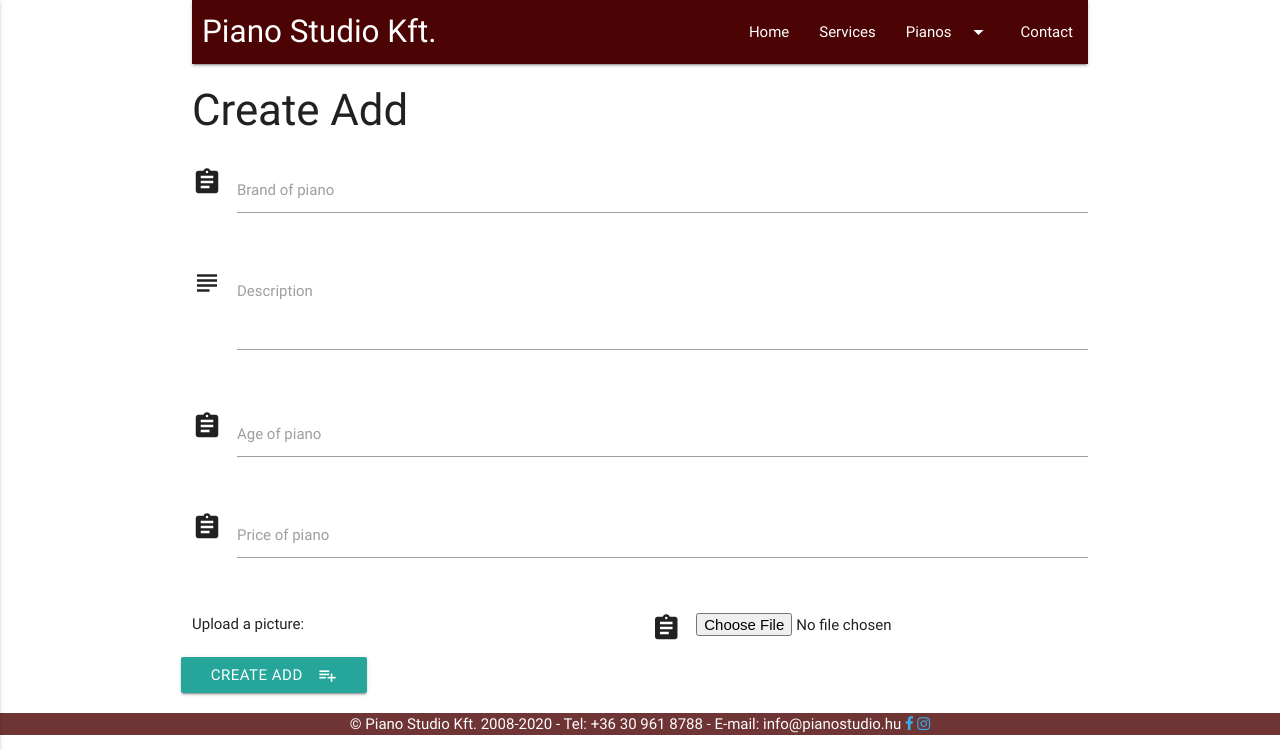
Repository: badiattila/pianostudioheroku
Page: http://localhost/createadd
The author's editor kept a record of every edit. The page is drawn from the files as they stood at one moment, then again after the next edit.
The browser window is 1280 px wide. The pictures show the whole page.
Some web libraries are served in a nearby version. The page is served by the project's application, run on Flask 3 (app.py).

Above is the page before.

### templates/create_add.html
{% extends 'base.html' %} {% block content %}

<h3>Create Add</h3>

<form action="{{ url_for('insert_add') }}" method="POST" class="col s12">

    <div class="row">
        <div class="input-field col s12">
            <i class="material-icons prefix">assignment</i>
            <input id="brand" name="brand" type="text" class="validate">
            <label for="brand">Brand of piano</label>
        </div>
    </div>

    <div class="row">
        <div class="input-field col s12">
            <i class="material-icons prefix">subject</i>
            <textarea id="description" name="description" class="materialize-textarea"></textarea>
            <label for="icon_telephone">Description</label>
        </div>
    </div>

    <div class="row">
        <div class="input-field col s12">
            <i class="material-icons prefix">assignment</i>
            <input id="age" name="age" type="text" class="validate">
            <label for="age">Age of piano</label>
        </div>
    </div>

    <div class="row">
        <div class="input-field col s12">
            <i class="material-icons prefix">assignment</i>
            <input id="price" name="brand" type="text" class="validate">
            <label for="price">Price of piano</label>
        </div>
    </div>

    <div class="row">
        <div class="input-field col s6">
            Upload a picture:
        </div>
        <div class="input-field col s6">
            <i class="material-icons prefix">assignment</i>
            <input id="picture" name="picture" type="file" class="validate">
            <label for="picture"></label>
        </div>
    </div>

    <div class="row">
        <button class="btn waves-effect waves-light" type="submit" name="action">Create Add
            <i class="material-icons right">playlist_add</i></button>
    </div>


</form>
</div>

{% endblock %}

### templates/base.html
<!DOCTYPE html>

<html lang="en">

<head>

    <!-- Meta tags -->
    <meta charset="utf-8">
    <!-- Font awsome -->
    <link rel="stylesheet" href="https://maxcdn.bootstrapcdn.com/font-awesome/4.7.0/css/font-awesome.min.css" type="text/css" />
    <!-- Hover -->
    <link rel="stylesheet" href="https://cdnjs.cloudflare.com/ajax/libs/hover.css/2.1.1/css/hover-min.css" type="text/css" />
    <!-- Material icons by Google -->
    <link href="https://fonts.googleapis.com/icon?family=Material+Icons" rel="stylesheet">
    <!-- Compiled and minified materialize CSS -->
    <link rel="stylesheet" href="https://cdnjs.cloudflare.com/ajax/libs/materialize/0.100.2/css/materialize.min.css">
    <!-- Specific Css for this website -->
    <link rel="stylesheet" href="{{url_for('static', filename='css/style.css')}}" type="text/css" />

    <title>Piano Studio Kft. - Services - </title>
    <link href="{{url_for('static', filename='pictures/favicon.ico')}}" rel="shortcut icon" type="image/x-icon" />
    <meta name="description" content="Piano rental, tuning and repair - Piano Studio Kft." />
    <meta name="keywords" content="Piano rental,piano tuning,piano repair,piano studio" />
    <meta name="copyright" content="Piano Studio Kft." />
    <meta name="author" content="Attila Badi/Piano Studio Kft." />
    <meta name="email" content="info@pianostudio.hu" /> {% block head %} {% endblock %}


</head>

<body>
    <div class="container">
        <header>
            <ul id="dropdown2" class="dropdown-content">
                <li><a href="{{url_for('pianos_for_sale')}}">Sale</a></li>
                <li><a href="{{url_for('createadd')}}">Create Add</a></li>
            </ul>
            <nav>
                <div class="nav-wrapper redbg">
                    <a href="{{url_for('index')}}" class="brand-logo">Piano Studio Kft.</a>
                    <a href="#" data-activates="mobile-demo" class="button-collapse"><i class="material-icons">menu</i></a>
                    <ul id="nav-mobile" class="right hide-on-med-and-down">
                        <li><a href="{{url_for('index')}}">Home</a></li>
                        <li><a href="{{url_for('services')}}">Services</a></li>
                        <!-- Dropdown Trigger -->
                        <li><a class="dropdown-trigger" href="#!" data-target="dropdown2">Pianos<i class="material-icons right">arrow_drop_down</i></a></li>

                        <li><a href="{{url_for('contact')}}">Contact</a></li>
                    </ul>
                    <ul class="side-nav" id="mobile-demo">
                        <li><a href="{{url_for('index')}}">Home</a></li>
                        <li><a href="{{url_for('services')}}">Services</a></li>
                        <li><a href="{{url_for('pianos_for_sale')}}">Sale</a></li>
                        <li><a href="{{url_for('createadd')}}">Create Add</a></li>
                        <li><a href="{{url_for('contact')}}">Contact</a></li>
                    </ul>
                </div>
            </nav>

        </header>
        {% block content %} {% endblock %}

        <footer class="footer redbg">
            <p>&copy; Piano Studio Kft. 2008-2020 - Tel: +36 30 961 8788 - E-mail: info@pianostudio.hu
                <a target="_blank" href="https://www.facebook.com/zongoraterem"><i class="fa fa-facebook" aria-hidden="true"></i></a>
                <a target="_blank" href="https://www.instagram.com/pianostudiokft"><i class="fa fa-instagram" aria-hidden="true"></i></a>
            </p>
        </footer>
    </div>

    <script src="https://code.jquery.com/jquery-3.4.1.min.js" integrity="sha256-CSXorXvZcTkaix6Yvo6HppcZGetbYMGWSFlBw8HfCJo=" crossorigin="anonymous"></script>
    <script src="https://cdnjs.cloudflare.com/ajax/libs/materialize/0.100.2/js/materialize.min.js"></script>

    <script>
        $(document).ready(function() {
            $('.modal').modal();
            $('.dropdown-trigger').dropdown();
            $('.collapsible').collapsible();
            $('select').material_select();
            $('.button-collapse').sideNav();
        });
    </script>

</body>

</html>

### app.py
import os
from flask import Flask, render_template, redirect, request, url_for
from flask_pymongo import PyMongo
from bson.objectid import ObjectId
from flask_mail import Mail, Message

app = Flask(__name__)

app.config["MONGO_DBNAME"] = 'piano_studio'
app.config["MONGO_URI"] = 'mongodb://attilabadi:K00nK00n1234@mycodeinstitutecluster-shard-00-00-wpsfr.mongodb.net:27017,mycodeinstitutecluster-shard-00-01-wpsfr.mongodb.net:27017,mycodeinstitutecluster-shard-00-02-wpsfr.mongodb.net:27017/piano_studio?ssl=true&replicaSet=MyCodeInstituteCluster-shard-0&authSource=admin&retryWrites=true&w=majority'
mongo = PyMongo(app)

app.config.update(
	DEBUG=True,
	#EMAIL SETTINGS
	MAIL_SERVER='mail.pianostudio.hu',
	MAIL_PORT=465,
	MAIL_USE_SSL=True,
	MAIL_USERNAME = 'contact@pianostudio.hu',
	MAIL_PASSWORD = os.environ.get('SMTPPW')
	)
mail = Mail(app)

@app.route('/')
@app.route('/index')
def index():
        return render_template("index.html")

@app.route('/contact')
def contact():
        return render_template("contact.html")

@app.route('/services')
def services():
        return render_template("services.html")

@app.route('/pianos_for_sale')
def pianos_for_sale():
        return render_template("pianos_for_sale.html", pianos=mongo.db.pianos_4_sale.find(), images=mongo.db.pianos_4_sale.find())

@app.route('/createadd')
def createadd():
        return render_template("create_add.html")

@app.route('/insert_add', methods=['POST'])
def insert_add():
        file_id = mongo.save_file(request.files['picture'].filename, request.files['picture'])
        mongo.db.pianos_4_sale.insert({
            'brand': request.form.get('brand') ,
            'description' : request.form.get('description') ,
            'age' : request.form.get('age') ,
            'price' : request.form.get('price') ,
            'file_name' : request.files['picture'].filename})
        return redirect(url_for('pianos_for_sale'))

@app.route('/file/<file_name>')
def file(file_name):
    return mongo.send_file(file_name)

@app.route('/delete_piano/<piano_id>')
def delete_piano(piano_id):
    mongo.db.pianos_4_sale.remove({'_id': ObjectId(piano_id)})
    return redirect(url_for('pianos_for_sale'))

@app.route('/edit_piano/<piano_id>')
def edit_piano(piano_id):
    return render_template('edit_piano.html', piano=mongo.db.pianos_4_sale.find_one({"_id": ObjectId(piano_id)}))


@app.route('/update_piano/<piano_id>', methods=['POST'])
def update_piano(piano_id):
    file_id = mongo.save_file(request.files['picture'].filename, request.files['picture'])
    mongo.db.pianos_4_sale.update( {'_id': ObjectId(piano_id)},
    {
            'brand': request.form.get('brand') ,
            'description' : request.form.get('description') ,
            'age' : request.form.get('age') ,
            'price' : request.form.get('price') ,
            'file_name' : request.files['picture'].filename
    })
    return redirect(url_for('pianos_for_sale'))

@app.route('/send_mail/', methods=['POST'])
def send_mail():
	try:
		msg = Message("Contact form mail from pianostudio",
		  sender=request.form.get('user_email'),
		  recipients=["attila.badi@gmail.com"])
		msg.body = request.form.get('message')
		mail.send(msg)
		return 'Mail sent!'
	except:
		return "Something went wrong"

if __name__ == '__main__':
    app.run(host=os.environ.get('IP'),
        port=int(os.environ.get('PORT')),
        debug=True)

### static/css/style.css
.left {
  float: left;
}

.right {
  float: right;
}

/* Picture formatting for gallery and teaser pictures */

.right-teaser {
  padding: 1px;
  border: 1px solid #4c0303;
  float: right;
  margin: 0 0 1em 1em;
  width: 12vw;
}

.galery-pic {
  padding: 1px;
  border: 1px solid #4c0303;
  margin: 0 0 1em 1em;
  width: 12vw;
}

.btn_small {
  height: 24px;
  width: 60px;
  line-height: 24px;
  margin: 5px 5px;
  padding: 0 0.5em;
}

.btn_mid {
  height: 24px;
  width: 120px;
  line-height: 24px;
  margin: 5px 5px;
  padding: 0 0.5em;
}

.footer {
  color: white;
  opacity: 0.8;
  filter: alpha(opacity=80);
  text-align: center;
}

.redbg {
  background-color: #4c0303;
}

.nav-wrapper {
  padding-left: 10px;
}

/* Opacity classes for different elements */

.op {
  background: rgba(76, 3, 3, 0.1);
  /*background with 30% opacity */
  color: rgba(76, 3, 3);
  padding: 35px;
  margin-bottom: 15px;
}

.dropdown-content {
  width: max-content !important;
  height: auto !important;
}

/* ID based background behaviour */
#intro {
    background-attachment: scroll;
    background-image: url('../pictures/4k-wallpaper-close-up-fingers-1246437.jpg');
    background-position: center;
    background-size: cover;
    width: 100vw;
    background-repeat: no-repeat;
    position: relative;
}

After the next edit:
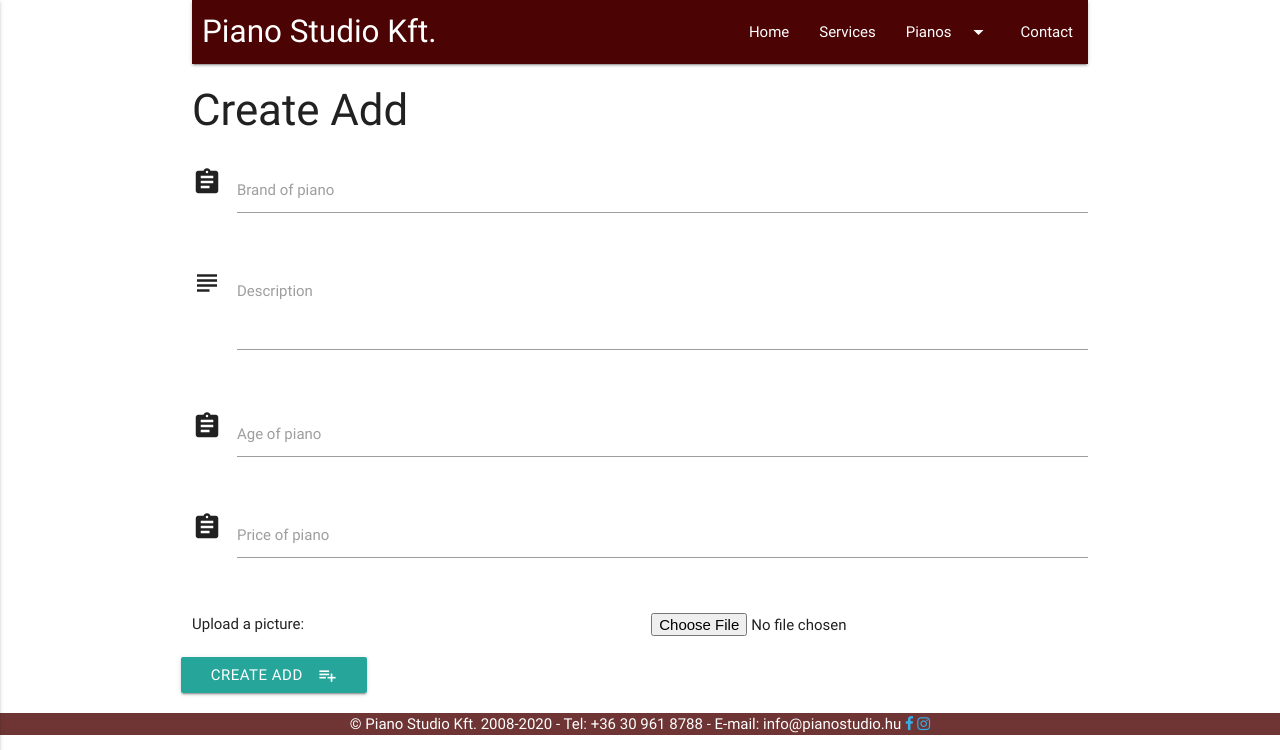
The edit:
--- a/templates/create_add.html
+++ b/templates/create_add.html
@@ -41,7 +41,6 @@
             Upload a picture:
         </div>
         <div class="input-field col s6">
-            <i class="material-icons prefix">assignment</i>
             <input id="picture" name="picture" type="file" class="validate">
             <label for="picture"></label>
         </div>
